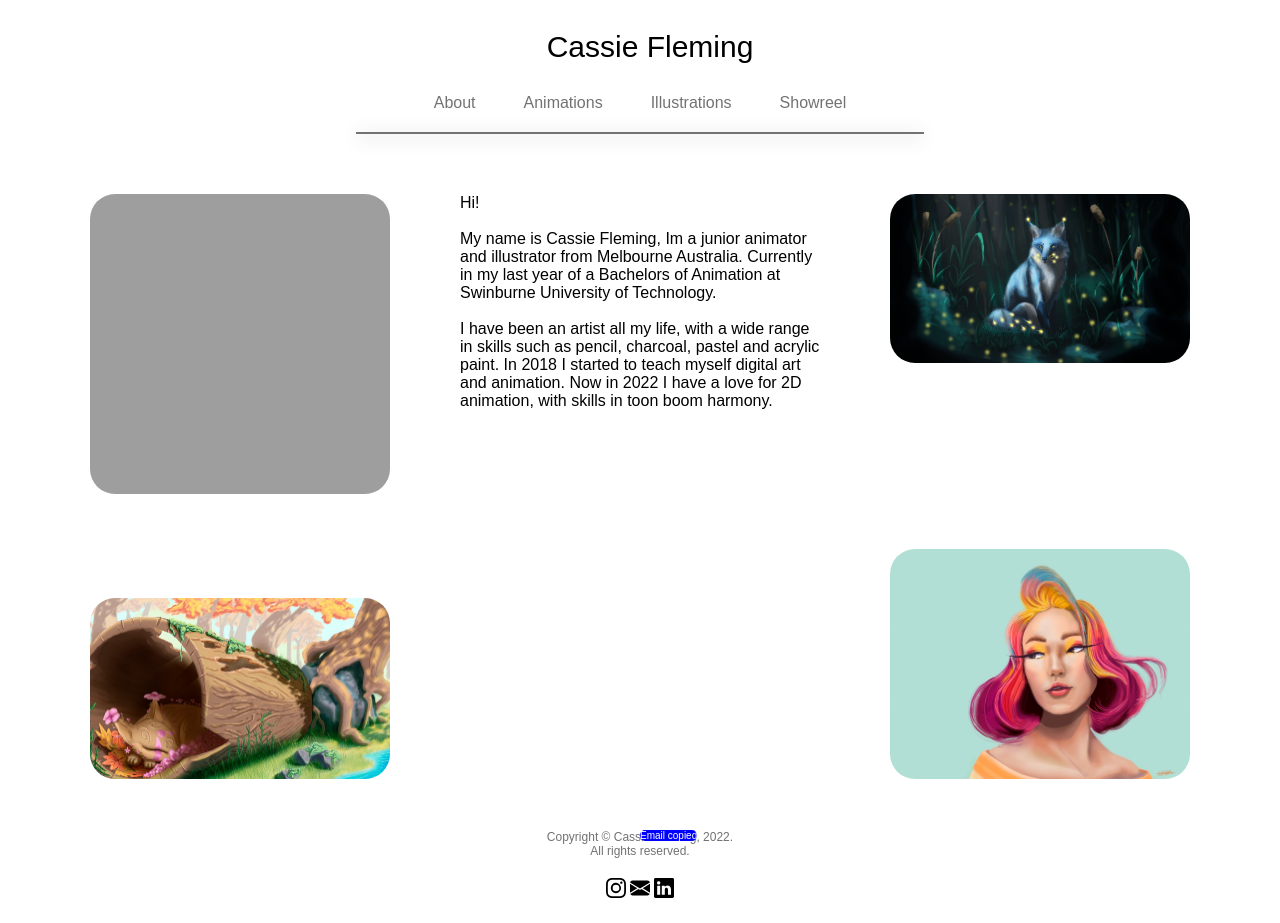
Repository: David-Waite/Cassie-Fleming-portfolio
Page: /
These files come from the project's save history. The page is drawn as it stood at one moment and after a run of saves; the edit follows.
The browser window is 1280 px wide. The pictures show the whole page.
Pictures or frames that could not be fetched are drawn as grey boxes. Some web fonts or font styles are not loaded; a fallback is used. The project was rebuilt for these pictures with package versions that can differ from the ones it lists, and the page was loaded fresh each time. The framework's server and built-in components were replaced by stand-ins that run in the browser. Also part of the build but not shown: next.config.js.

Above is the page before, as saved 2022-09-11 17:53:36.

After the next 2 saves:
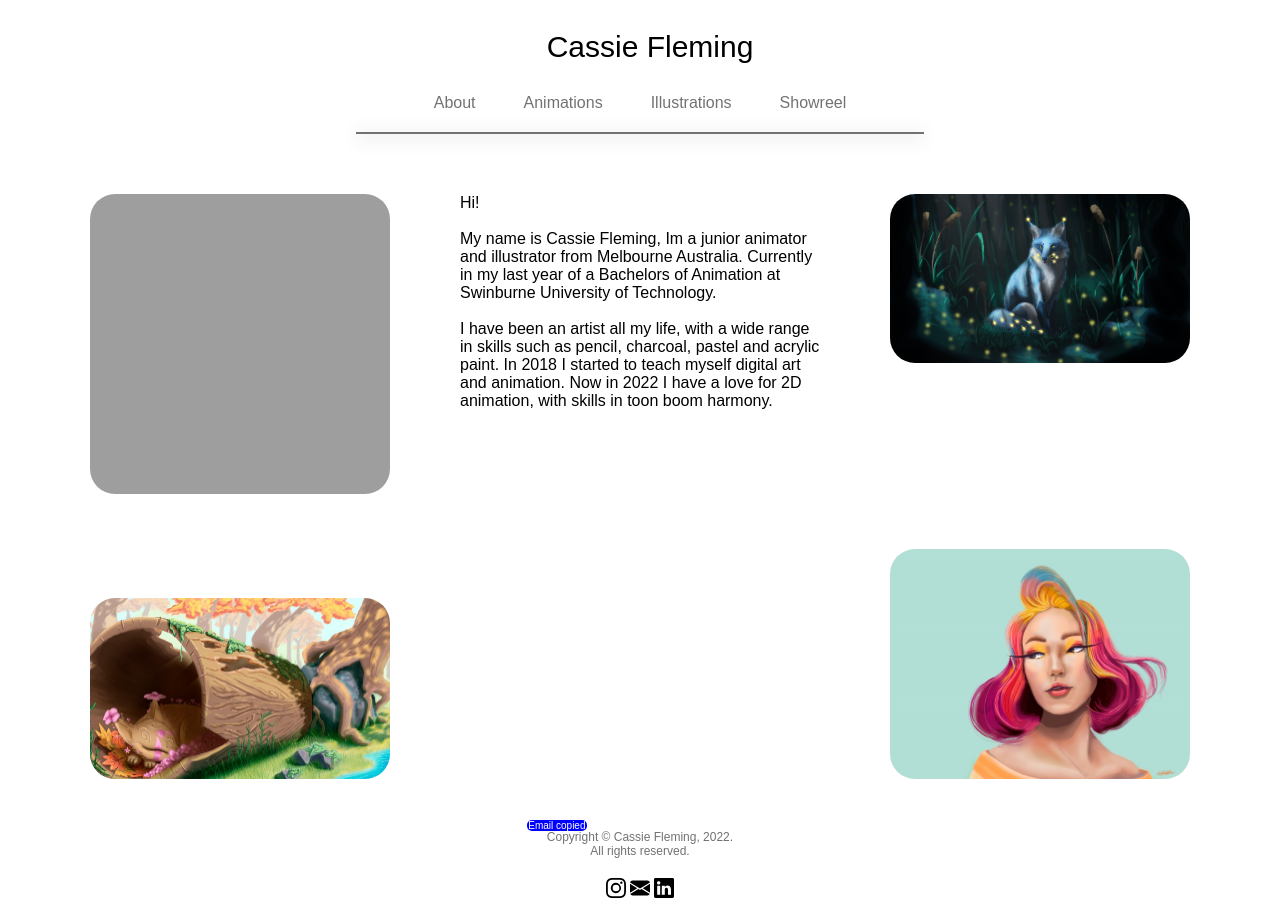
The 2 saves are shown as one change because they came seconds apart.
The last was saved 22 s later.
--- a/styles/globals.css
+++ b/styles/globals.css
@@ -106,8 +106,9 @@ footer {
   font-size: 10px;
 
   text-align: center;
-  margin: 0 auto;
-
+  width: 60px;
+  left: -20px;
+  top: -10px;
   background-color: blue;
   color: #ffffff;
   padding: 0;
